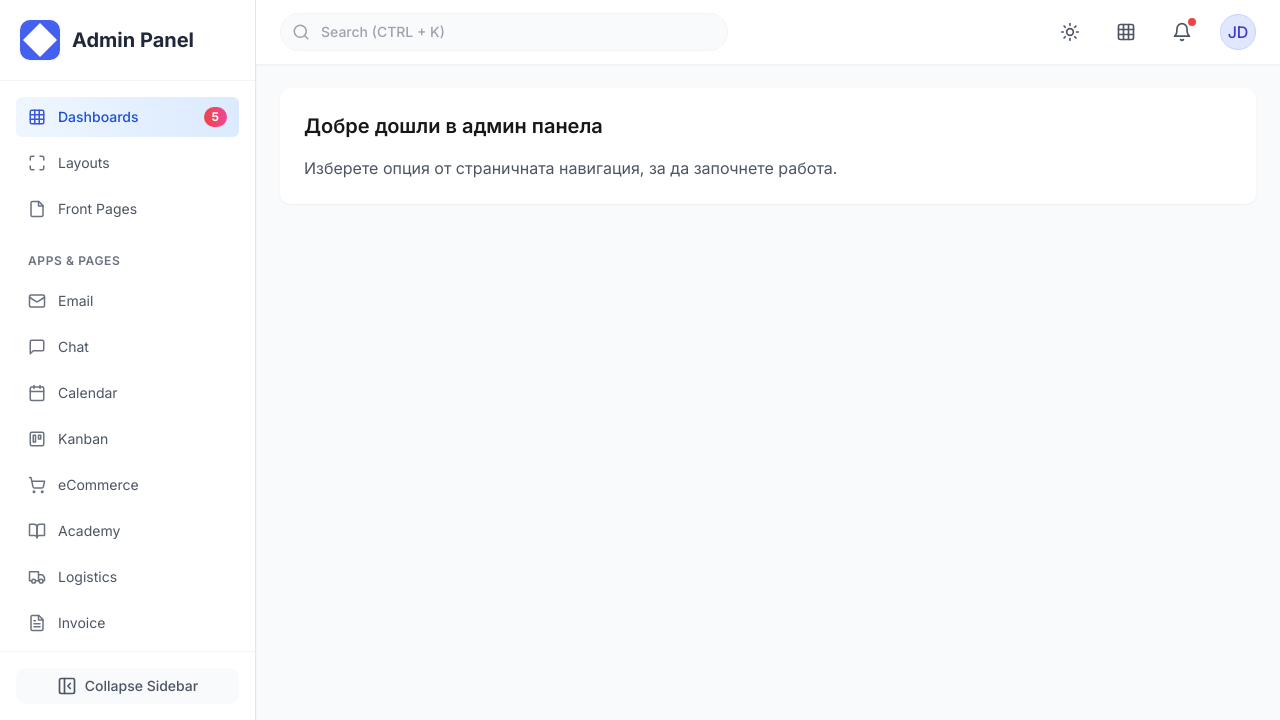
Repository: StoyanStoyanov1/DHS-Team
Page: / (app in dhs-admin-panel/)
An editor plug-in stored every save of this project. The page is shown before and after the next save, followed by the edit.
The browser window is 1280 px wide. The pictures show the whole page.
The project was rebuilt for these pictures with package versions that can differ from the ones it lists, and the page was loaded fresh each time. The framework's server and built-in components were replaced by stand-ins that run in the browser. Also part of the build but not shown: dhs-admin-panel/next.config.ts.

Above is the page before, as saved 2025-04-23 08:52:46.

After the next save:
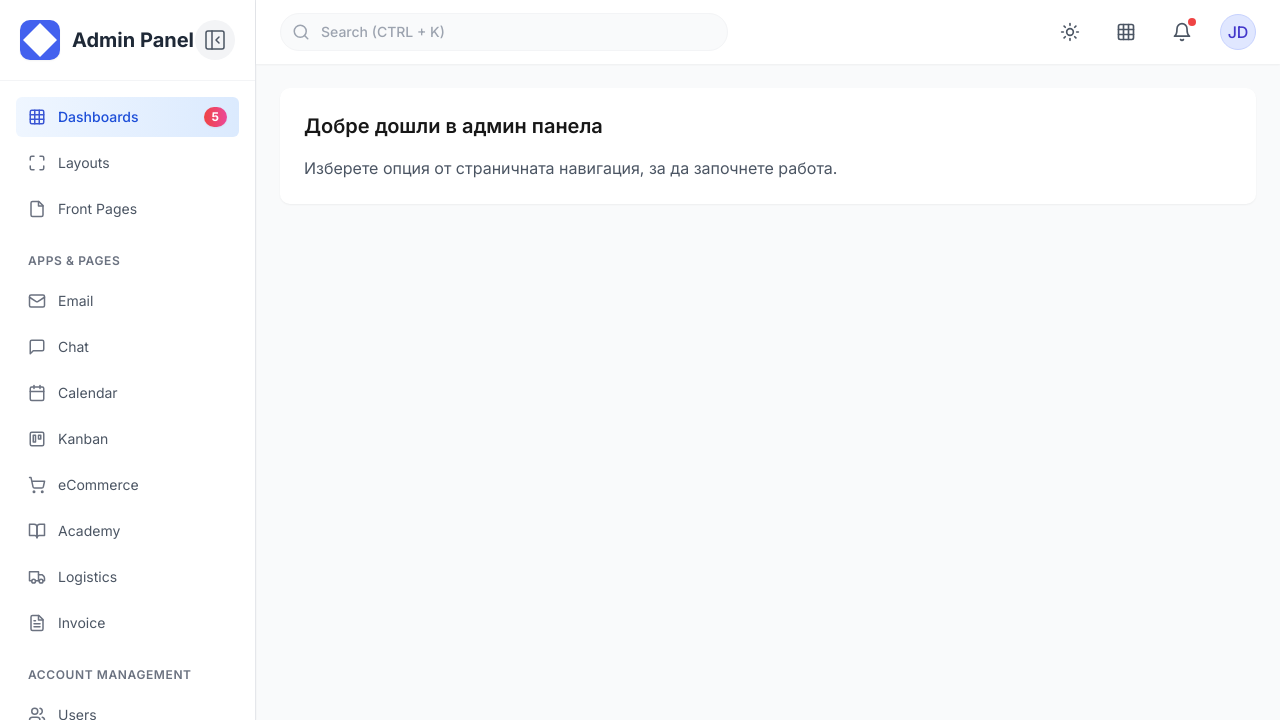
Saved 4 min 6 s later.
--- a/dhs-admin-panel/src/app/components/Sidebar.tsx
+++ b/dhs-admin-panel/src/app/components/Sidebar.tsx
@@ -24,7 +24,9 @@ import {
     ChevronDown,
     ChevronUp,
     PanelLeftClose,
-    PanelLeftOpen
+    PanelLeftOpen,
+    Menu,
+    SidebarClose
 } from 'lucide-react';
 import NavItem from './NavItem';
 import { useRouter, usePathname } from 'next/navigation';
@@ -89,6 +91,17 @@ const Sidebar: React.FC<SidebarProps> = ({
                         <span className="ml-3 text-xl font-bold text-gray-800">Admin Panel</span>
                     )}
                 </div>
+                <button
+                    onClick={toggleCollapse}
+                    className={`p-2 rounded-full transition-all duration-200 ${
+                        isCollapsed
+                        ? 'bg-blue-100 text-blue-600 hover:bg-blue-200 rotate-180'
+                        : 'bg-gray-100 text-gray-600 hover:bg-gray-200'
+                    }`}
+                    title={isCollapsed ? "Expand sidebar" : "Collapse sidebar"}
+                >
+                    <SidebarClose size={24} strokeWidth={1.5} />
+                </button>
             </div>
 
             {/* Navigation */}
@@ -277,28 +290,6 @@ const Sidebar: React.FC<SidebarProps> = ({
                     />
                 </div>
             </div>
-
-            {/* Collapse Toggle Button at Bottom */}
-            <div className="p-4 border-t border-gray-100">
-                <button
-                    onClick={toggleCollapse}
-                    className={`w-full flex items-center justify-center p-2 rounded-lg transition-all duration-200 ${
-                        isCollapsed
-                        ? 'bg-blue-50 text-blue-600 hover:bg-blue-100'
-                        : 'bg-gray-50 text-gray-600 hover:bg-gray-100'
-                    }`}
-                >
-                    {isCollapsed
-                        ? <PanelLeftOpen size={22} />
-                        : (
-                            <>
-                                <PanelLeftClose size={20} className="mr-2" />
-                                <span className="text-sm font-medium">Collapse Sidebar</span>
-                            </>
-                        )
-                    }
-                </button>
-            </div>
         </div>
     );
 };
